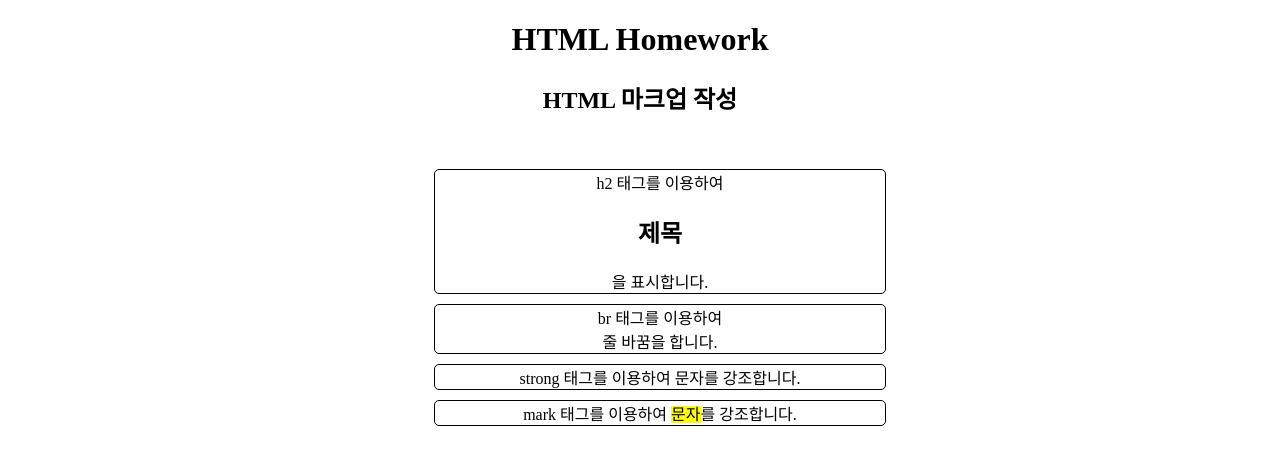
Repository: Cheol-Cheol/KOSA
Page: Kcc_web/Html/WebContent/mission/homework.html
An editor plug-in stored every save of this project. The page is shown before and after a run of saves, followed by the edit.
The browser window is 1280 px wide. The pictures show the whole page.

Above is the page before, as saved 2024-07-08 10:48:30.

### Kcc_web/Html/WebContent/mission/homework.html
<!DOCTYPE html>
<html>
<head>
<meta charset="UTF-8">
<title>Insert title here</title>

<style>
.ul-flex {
	display: flex;
	justify-content: center;
}

ul {
	list-style-type: none;
}

li {
	border: 1px solid black;
	width: 450px;
	margin-bottom: 10px;
	border-radius: 5px;
}
</style>
</head>
<body style="text-align: center">
	<header>
		<h1>HTML Homework</h1>
	</header>

	<section>
		<h2>HTML 마크업 작성</h2>
		<br />
		<div class="ul-flex">
			<ul>
				<li>h2 태그를 이용하여
					<h2>제목</h2>을 표시합니다.
				</li>
				<li>br 태그를 이용하여 <br />줄 바꿈을 합니다.
				</li>
				<li>strong 태그를 이용하여 <string>문자</string>를 강조합니다.
				</li>
				<li>mark 태그를 이용하여 <mark>문자</mark>를 강조합니다.
				</li>
			</ul>
		</div>
	</section>



</body>
</html>

After the next 2 saves:
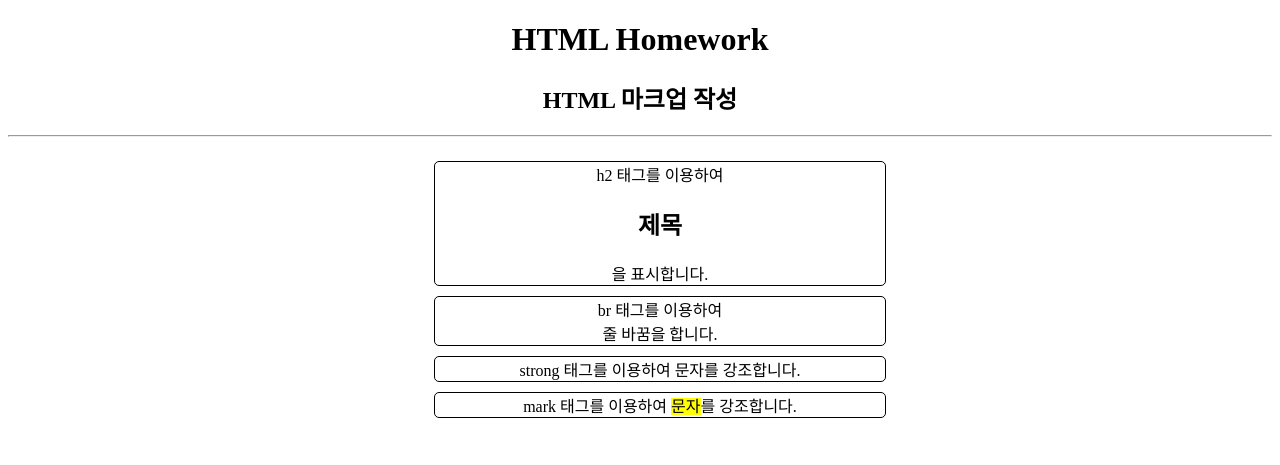
The 2 saves are shown as one change because they came seconds apart.
The last was saved 6 s later.
--- a/Kcc_web/Html/WebContent/mission/homework.html
+++ b/Kcc_web/Html/WebContent/mission/homework.html
@@ -15,10 +15,10 @@ ul {
 }
 
 li {
-	border: 1px solid black;
-	width: 450px;
+	border: 1px solid black; width : 450px;
 	margin-bottom: 10px;
 	border-radius: 5px;
+	width: 450px
 }
 </style>
 </head>
@@ -29,7 +29,7 @@ li {
 
 	<section>
 		<h2>HTML 마크업 작성</h2>
-		<br />
+		<hr/>
 		<div class="ul-flex">
 			<ul>
 				<li>h2 태그를 이용하여
